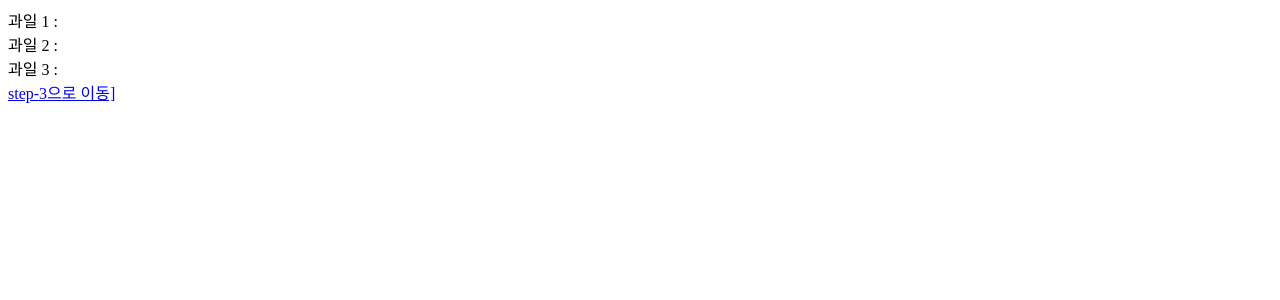
Repository: JaeYong-An/jstl
Page: http://localhost/jstl_study/step-4.jsp
The author's editor kept a copy of each file at every save. The page is drawn from the files as they stood at one save, then again after the next save.
The browser window is 1280 px wide. The pictures show the whole page.
The page is served by Tomcat 9. Other server files are loaded and not shown.

Above is the page before, as saved 2023-11-22 05:49:28.

### jstl_study/src/main/webapp/step-4.jsp
<%@ page language="java" contentType="text/html; charset=UTF-8"
    pageEncoding="UTF-8"%>
<!DOCTYPE html>
<html>
<head>
<meta charset="UTF-8">
<title>Insert title here</title>
</head>
<body>
	과일 1 : ${paramValues.food[0] }<br>
	과일 2 : ${paramValues.food[1] }<br>
	과일 3 : ${paramValues.food[2] }<br>

	<a href="step-3.jsp">step-3으로 이동]</a>
</body>
</html>

After the next save:
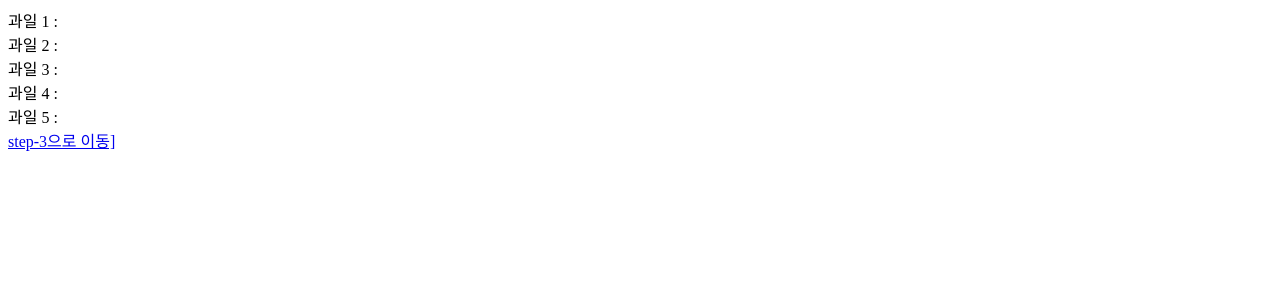
Saved 58 s later.
--- a/jstl_study/src/main/webapp/step-4.jsp
+++ b/jstl_study/src/main/webapp/step-4.jsp
@@ -10,6 +10,8 @@
 	과일 1 : ${paramValues.food[0] }<br>
 	과일 2 : ${paramValues.food[1] }<br>
 	과일 3 : ${paramValues.food[2] }<br>
+	과일 4 : ${paramValues.food[3] }<br>
+	과일 5 : ${paramValues.food[4] }<br>
 
 	<a href="step-3.jsp">step-3으로 이동]</a>
 </body>
